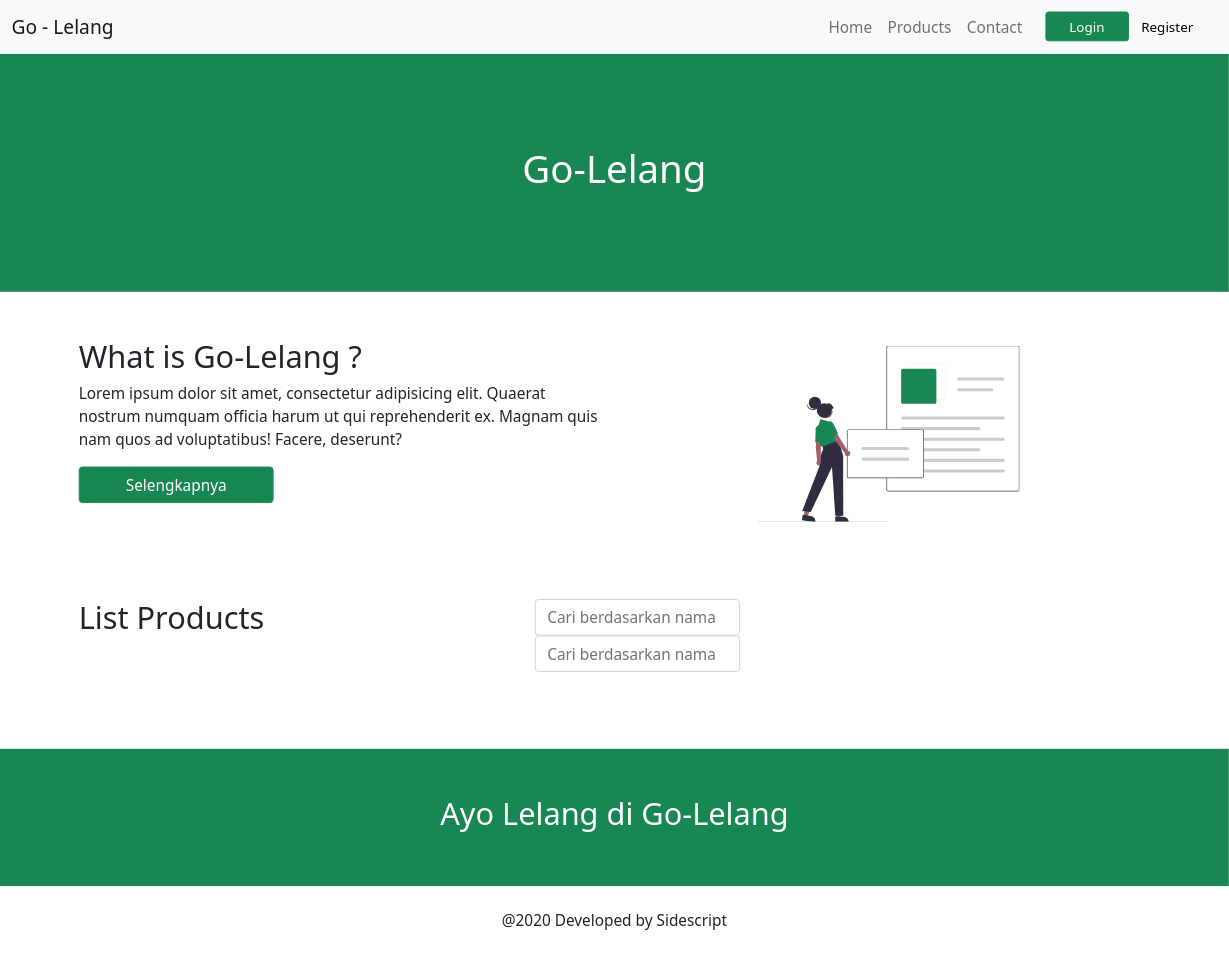
Repository: khulqu15/Go---Lelalng
Page: http://localhost/
The author's editor kept a copy of each file at every save. The page is drawn from the files as they stood at one save, then again after the next save.
The browser window is 1280 px wide. The pictures show the whole page, at 96% of full size.
The page is served by the project's Laravel application, run on PHP 8.4 with Laravel 8. Queries for data that is not in the repository find no rows.

Above is the page before, as saved 2021-02-22 10:55:15.

After the next save:
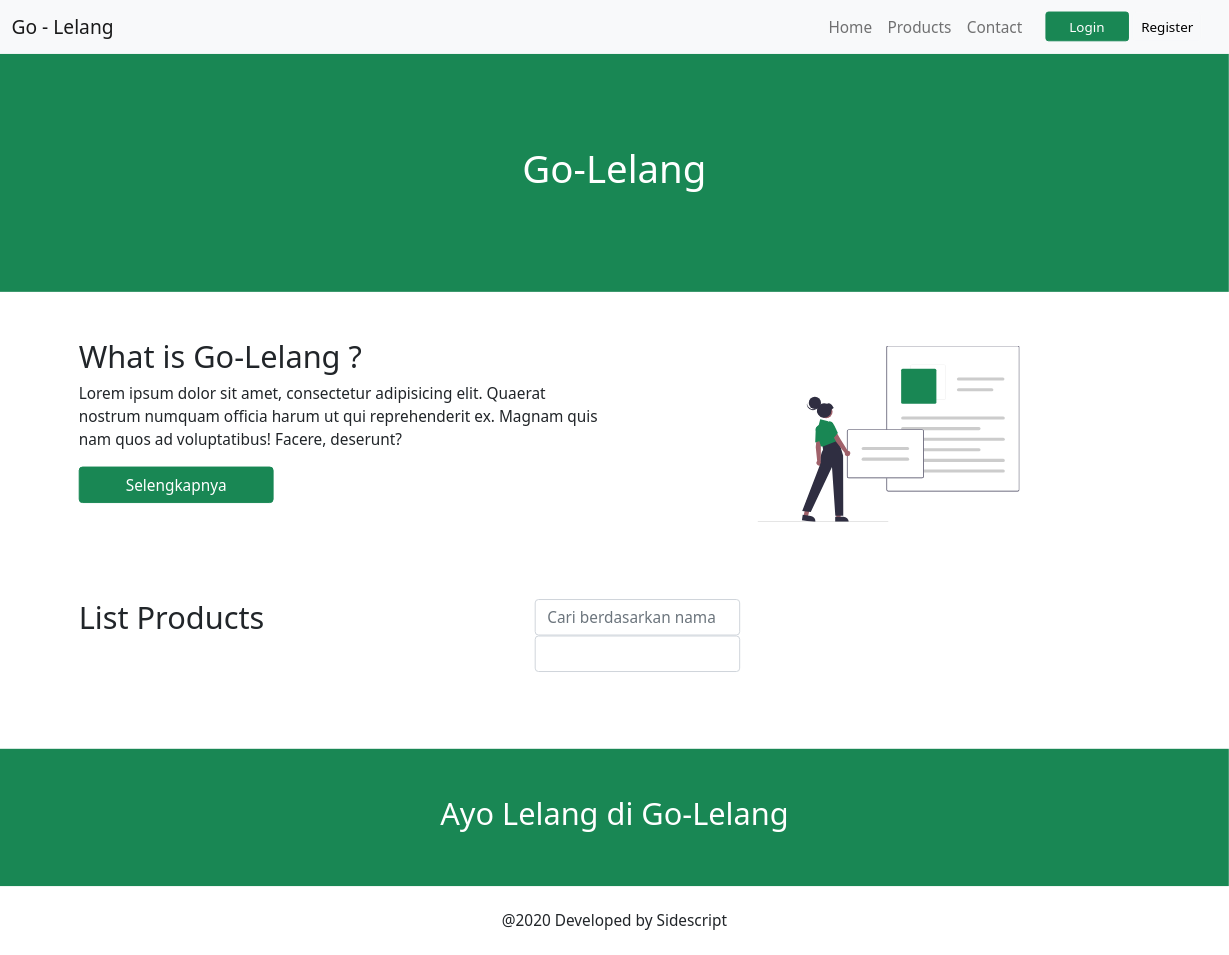
Saved 10 s later.
--- a/resources/views/welcome.blade.php
+++ b/resources/views/welcome.blade.php
@@ -37,7 +37,7 @@
                     </div>
                     <div class="col-md-4">
                         <div class="form-group">
-                            <input type="text" class="form-control" name="name" placeholder="Cari berdasarkan nama">
+                            <select type="text" class="form-control" name="name"></select>
                         </div>
                     </div>
                 </form>
